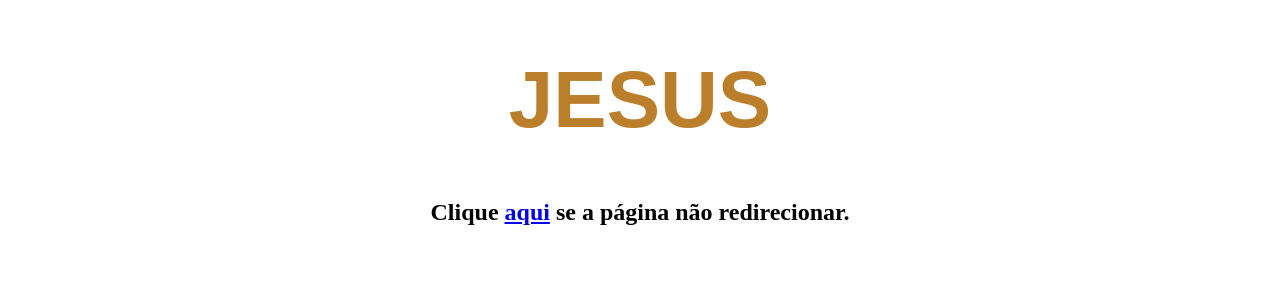
Repository: diegossilva-1995-01-25/SaoGeraldo
Page: SiteSGeraldo/WebContent/index.html
These files come from the project's save history. The page is drawn as it stood at one moment and after the next save; the edit follows.
The browser window is 1280 px wide. The pictures show the whole page.

Above is the page before, as saved 2018-03-17 17:52:51.

After the next save:
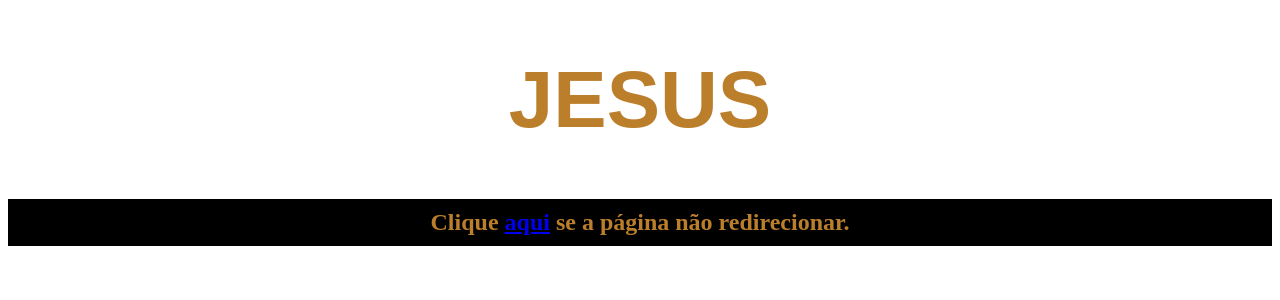
Saved 2 min 49 s later.
--- a/SiteSGeraldo/WebContent/index.html
+++ b/SiteSGeraldo/WebContent/index.html
@@ -8,7 +8,7 @@
 
 <body>
 	<h1 id="Jesus">JESUS</h1>
-	<h2>Clique <a href="principal.xhtml">aqui</a> se a página não redirecionar.</h2>
+	<h2 class="redirect">Clique <a href="principal.xhtml">aqui</a> se a página não redirecionar.</h2>
 </body>
 
 </html>
--- a/SiteSGeraldo/WebContent/styles/estilos.css
+++ b/SiteSGeraldo/WebContent/styles/estilos.css
@@ -20,7 +20,7 @@ body {
 
 }
 
-.footer {
+.footer, .redirect {
 
 	color: rgb(187, 127, 44);
 	background-color: black;
